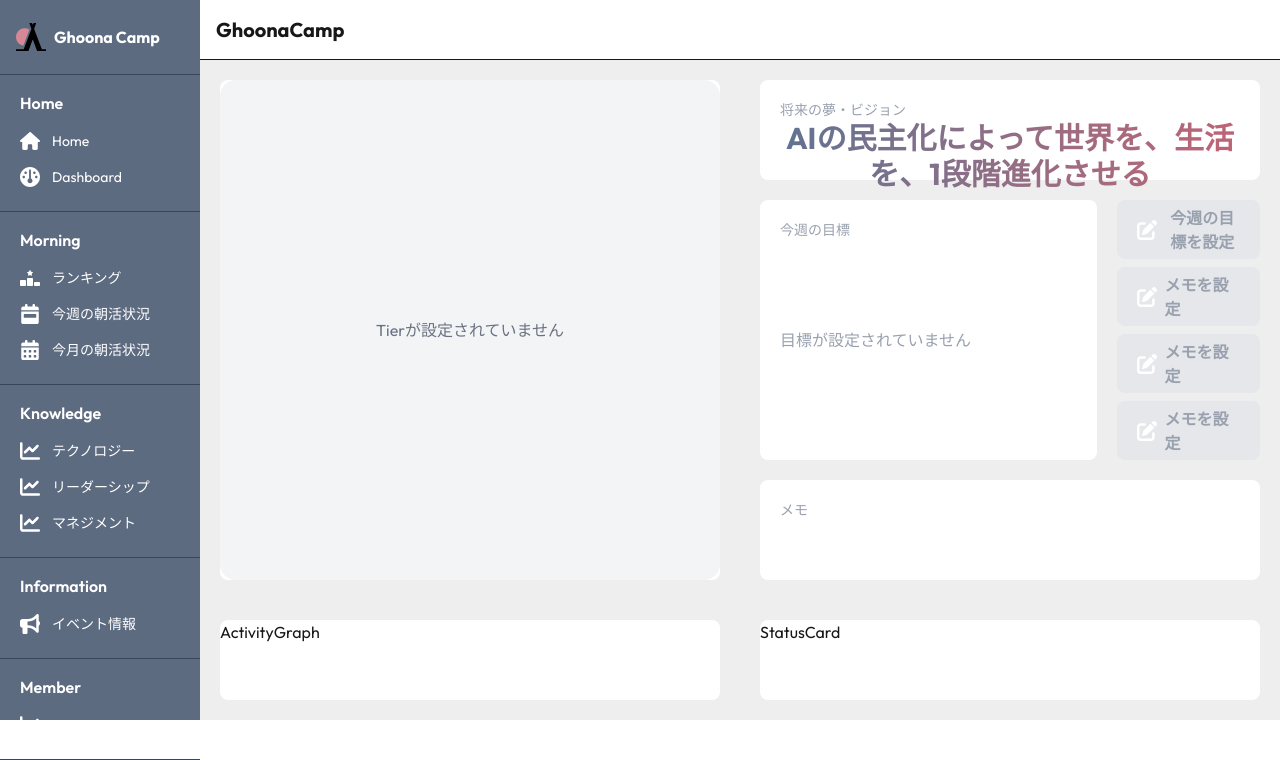
Repository: ShotaGhoona/ghoonacamp_platform
Page: /home/dashboard
An editor plug-in stored every save of this project. The page is shown before and after the next save, followed by the edit.
The browser window is 1280 px wide. The pictures show the whole page.
The page's requests for data from a server got no answer. The project was rebuilt for these pictures with package versions that can differ from the ones it lists, and the page was loaded fresh each time. Some packages were replaced by stand-ins written for this rebuild. The framework's server and built-in components were replaced by stand-ins that run in the browser. No one was signed in, and anything a server would have sent is missing. Also part of the build but not shown: next.config.js.

Above is the page before, as saved 2025-04-26 09:07:27.

### src/app/layout.tsx
import type { Metadata } from 'next';
import { Outfit } from 'next/font/google';
import './globals.css';
import Sidebar from '@/components/display/sidebar';
import Header from '@/components/display/header';
import { ClerkProvider } from '@clerk/nextjs';

const outfit = Outfit({ subsets: ['latin'] });

export const metadata: Metadata = {
  title: 'Ghoona Camp',
  description: 'Ghoona Camp Platform',
};

export default function RootLayout({
  children,
}: {
  children: React.ReactNode;
}) {
  return (
    <ClerkProvider>
      <html lang="ja">
        <body className={outfit.className}>
          <div className="flex">
            <div className="w-[200px] transition-all duration-300">
              <Sidebar />
            </div>
            <div className="flex-1 flex flex-col max-h-screen">
              <Header />
              <main className="bg-[#EEEEEE] flex-1 min-h-[calc(100vh-60px)] p-5">
                {children}
              </main>
            </div>
          </div>
        </body>
      </html>
    </ClerkProvider>
  );
}

### src/app/home/dashboard/page.tsx
import DashboardPage from "@/features/home/dashboard/display/index";

export default function Home() {
  return (
    <DashboardPage />
  );
}

### src/components/display/sidebar.tsx
'use client';

import Link from 'next/link';
import { usePathname } from 'next/navigation';
import clsx from 'clsx';

const groups: { title: string; links: { href: string; label: string; icon: string }[] }[] = [
  {
    title: 'Home',
    links: [
      { href: '/home', label: 'Home', icon: '/svg/sidebarIcon/home.svg' },
      { href: '/home/dashboard', label: 'Dashboard', icon: '/svg/sidebarIcon/dashboard.svg' },
    ],
  },
  {
    title: 'Morning',
    links: [
      { href: '/morning/ranking', label: 'ランキング', icon: '/svg/sidebarIcon/ranking.svg' },
      { href: '/morning/weekend', label: '今週の朝活状況', icon: '/svg/sidebarIcon/week.svg' },
      { href: '/morning/month', label: '今月の朝活状況', icon: '/svg/sidebarIcon/month.svg' },
    ],
  },
  {
    title: 'Knowledge',
    links: [
      { href: '/knowledge/tech', label: 'テクノロジー', icon: '/svg/sidebarIcon/analysis.svg' },
      { href: '/knowledge/leadership', label: 'リーダーシップ', icon: '/svg/sidebarIcon/analysis.svg' },
      { href: '/knowledge/management', label: 'マネジメント', icon: '/svg/sidebarIcon/analysis.svg' },
    ],
  },
  {
    title: 'Information',
    links: [{ href: '/information/events', label: 'イベント情報', icon: '/svg/sidebarIcon/externalEvents.svg' }],
  },
  {
    title: 'Member',
    links: [{ href: '/members', label: 'GhoonaCamper', icon: '/svg/sidebarIcon/analysis.svg' }],
  },
];

export default function Sidebar() {
  const pathname = usePathname();

  return (
    <aside className="w-full h-screen bg-[#5D6B80] text-white">
      <div className="flex items-center gap-2 h-[75px] px-4 border-b border-[#374559]">
        <img src="/svg/logo.svg" alt="Ghoona Camp" className="w-[30px] h-[30px]" />
        <span className="font-bold">Ghoona Camp</span>
      </div>

      <nav>
        {groups.map((g) => (
          <div key={g.title} className="border-b border-[#374559] px-[20px] py-4">
            <p className="text-base font-semibold mb-2">
              {g.title}
            </p>
            {g.links.map((l) => (
              <Link
                key={l.href}
                href={l.href}
                className={clsx(
                  'flex items-center gap-3 py-2 text-sm',
                  pathname === l.href
                    ? 'bg-primary text-white'
                    : 'hover:bg-slate-600'
                )}
              >
                <img src={l.icon} alt={l.label} className="w-[20px] h-[20px]" />
                <span>{l.label}</span>
              </Link>
            ))}
          </div>
        ))}
      </nav>
    </aside>
  );
}

### src/components/display/header.tsx
'use client';

import { UserButton, useUser } from '@clerk/nextjs';

export default function Header() {
  const { user, isLoaded } = useUser();

  return (
    <header className="w-full h-16 border-b flex items-center justify-between px-4">
      <div className="flex items-center gap-4">
        <h1 className="text-xl font-bold">GhoonaCamp</h1>
      </div>
      <div className="flex items-center gap-4">
        {isLoaded && user && (
          <div className="flex items-center gap-2">
            <span className="text-sm">
              {user.firstName} {user.lastName}
            </span>
            <UserButton afterSignOutUrl="/" />
          </div>
        )}
      </div>
    </header>
  );
}

### src/features/home/dashboard/display/index.tsx
'use client';

import { ProfileSection } from './ProfileSection';
import { ActivityGraph } from './ActivityGraph';
import { StatusCard } from './StatusCard';
import { TierCard } from './TierCard';

export default function DashboardPage() {
  return (
    <div className="flex flex-col gap-10 h-full">
      <div className="flex h-[500px] gap-10">
        <div className="w-[500px] h-full bg-white rounded-lg">
          <TierCard />
        </div>
        <div className="flex-1 h-full">
          <ProfileSection />
        </div>
      </div>
      <div className="flex-1 flex gap-10">
        <div className="flex-1 h-full bg-white rounded-lg">
          <ActivityGraph />
        </div>
        <div className="flex-1 h-full bg-white rounded-lg">
          <StatusCard/>
        </div>
      </div>
    </div>
  );
}

### src/features/home/dashboard/display/ProfileSection.tsx
import { useWeeklyGoals } from '../hooks/useWeeklyGoals';
import { usePopUp } from '@/hooks/usePopUp';
import { PopUp } from '@/components/display/PopUp';
import { EditGoalModal } from '../modals/EditGoalModal';

export const ProfileSection = () => {
  const { goals, isLoading, error } = useWeeklyGoals();
  const { isOpen, openPopUp, closePopUp } = usePopUp();

  console.log('Component - レンダリング時の状態:', {
    goalsLength: goals.length,
    isLoading,
    hasError: !!error
  });

  return (
    <>
      <div className="w-full h-full flex flex-col items-center justify-center gap-5">
          <div className="w-full h-[20%] bg-white rounded-lg p-5 flex flex-col">
              <p className="text-sm text-gray-400">将来の夢・ビジョン</p>
              <p className="
              flex-1 text-3xl font-bold text-center flex items-center justify-center
              text-transparent bg-clip-text bg-gradient-to-r from-[#5F7392] to-[#BF6375]
              ">AIの民主化によって世界を、生活を、1段階進化させる</p>
          </div>
          <div className="w-full flex-1 gap-5 flex">
              <div className="w-[70%] h-full bg-white rounded-lg p-5 flex flex-col">
                  <p className="text-sm text-gray-400">今週の目標</p>
                  <div className="flex-1 flex flex-col justify-center gap-2">
                      {isLoading ? (
                          <p className="text-gray-400">読み込み中...</p>
                      ) : error ? (
                          <p className="text-red-500">エラーが発生しました</p>
                      ) : goals.length === 0 ? (
                          <p className="text-gray-400">目標が設定されていません</p>
                      ) : (
                          goals.map((goal) => (
                              <p key={goal.id} className="text-gray-700">{goal.content}</p>
                          ))
                      )}
                  </div>
              </div>
              <div className="w-[30%] h-full gap-2 flex flex-col">
                  <button
                      onClick={() => openPopUp()}
                      className="flex-1 bg-gray-200 rounded-lg w-full flex items-center gap-2 px-5 hover:bg-gray-300 transition-colors"
                  >
                      <img src="/svg/edit.svg" alt="" className="w-5 h-5"/>
                      <p className="text-gray-400 font-bold">今週の目標を設定</p>
                  </button>
                  <div className="flex-1 bg-gray-200 rounded-lg w-full flex items-center gap-2 px-5">
                      <img src="/svg/edit.svg" alt="" className="w-5 h-5"/>
                      <p className="text-gray-400 font-bold">メモを設定</p>
                  </div>
                  <div className="flex-1 bg-gray-200 rounded-lg w-full flex items-center gap-2 px-5">
                      <img src="/svg/edit.svg" alt="" className="w-5 h-5"/>
                      <p className="text-gray-400 font-bold">メモを設定</p>
                  </div>
                  <div className="flex-1 bg-gray-200 rounded-lg w-full flex items-center gap-2 px-5">
                      <img src="/svg/edit.svg" alt="" className="w-5 h-5"/>
                      <p className="text-gray-400 font-bold">メモを設定</p>
                  </div>
              </div>
          </div>
          <div className="w-full h-[20%] bg-white rounded-lg p-5">
              <p className="text-sm text-gray-400">メモ</p>
          </div>
      </div>

      {/* 目標設定ポップアップ */}
      <PopUp isOpen={isOpen} onClose={closePopUp}>
        <EditGoalModal onClose={closePopUp} />
      </PopUp>
    </>
  );
};

### src/features/home/dashboard/display/ActivityGraph.tsx
export const ActivityGraph = () => {
    return <div>ActivityGraph</div>;
  };

### src/features/home/dashboard/display/StatusCard.tsx
export const StatusCard = () => {
    return <div>StatusCard</div>;
  };

### src/features/home/dashboard/display/TierCard.tsx
'use client';

import { useUserTier } from '../hooks/useUserTier';

export const TierCard = () => {
  const { tier, isLoading, error } = useUserTier();

  if (isLoading) {
    return (
      <div className="w-full h-full flex items-center justify-center bg-gray-100 rounded-2xl">
        <div className="text-gray-500">読み込み中...</div>
      </div>
    );
  }

  if (error) {
    return (
      <div className="w-full h-full flex items-center justify-center bg-gray-100 rounded-2xl">
        <div className="text-red-500">エラーが発生しました</div>
      </div>
    );
  }

  if (!tier) {
    return (
      <div className="w-full h-full flex items-center justify-center bg-gray-100 rounded-2xl">
        <div className="text-gray-500">Tierが設定されていません</div>
      </div>
    );
  }

  return (
    <div
      className="w-full h-full flex flex-col items-center justify-center relative rounded-lg overflow-hidden"
      style={{ backgroundColor: tier.badgeColor }}
    >
      <img
        src={`${tier.cardImageUrl}.svg`}
        alt={tier.titleEn}
        className="w-[80%] h-[80%] object-contain"
      />
      <div className="absolute bottom-0 p-6 text-white flex flex-col items-center justify-center mb-10">
        <div className="text-2xl font-bold">{tier.titleJa}</div>
        <div className="text-5xl font-bold">{tier.titleEn}</div>
      </div>
    </div>
  );
};

### src/features/home/dashboard/hooks/useWeeklyGoals.ts
'use client';

import { useEffect, useState } from 'react';
import { useAuth } from '@clerk/nextjs';

type WeeklyGoal = {
  id: number;
  content: string;
  isPublic: boolean;
  isPast: boolean;
  reflection: string | null;
  weekStart: string;
};

export const useWeeklyGoals = () => {
  const { userId } = useAuth();
  const [goals, setGoals] = useState<WeeklyGoal[]>([]);
  const [isLoading, setIsLoading] = useState(true);
  const [error, setError] = useState<Error | null>(null);

  useEffect(() => {
    console.log('Hook - useEffect発火, userId:', userId);

    const fetchWeeklyGoals = async () => {
      if (!userId) {
        console.log('Hook - userIdが存在しないため、処理を中断');
        setIsLoading(false);
        return;
      }

      try {
        console.log('Hook - APIリクエスト開始');
        const response = await fetch('/api/user/weekly-goals');
        console.log('Hook - APIレスポンス:', response.status, response.statusText);

        if (!response.ok) {
          throw new Error('週間目標の取得に失敗しました');
        }
        const data = await response.json();
        console.log('Hook - 取得したデータ:', data);
        setGoals(data);
      } catch (err) {
        console.error('Hook - エラー発生:', err);
        setError(err instanceof Error ? err : new Error('Unknown error'));
      } finally {
        setIsLoading(false);
      }
    };

    fetchWeeklyGoals();
  }, [userId]);

  return { goals, isLoading, error };
};

### src/hooks/usePopUp.ts
import { useState } from 'react';

type UsePopUpReturn = {
  isOpen: boolean;
  selectedData: any | null;
  openPopUp: (data?: any) => void;
  closePopUp: () => void;
};

export const usePopUp = (): UsePopUpReturn => {
  const [isOpen, setIsOpen] = useState(false);
  const [selectedData, setSelectedData] = useState<any | null>(null);

  const openPopUp = (data: any = null) => {
    setSelectedData(data);
    setIsOpen(true);
  };

  const closePopUp = () => {
    setIsOpen(false);
    setSelectedData(null);
  };

  return {
    isOpen,
    selectedData,
    openPopUp,
    closePopUp,
  };
};

### src/components/display/PopUp.tsx
import { ReactNode } from 'react';
import { XMarkIcon } from '@heroicons/react/24/outline';

type PopUpProps = {
  isOpen: boolean;
  onClose: () => void;
  children: ReactNode;
};

export const PopUp = ({ isOpen, onClose, children }: PopUpProps) => {
  return (
    <>
      {/* オーバーレイ */}
      <div
        className={`fixed inset-0 bg-black/30 transition-opacity duration-300 ${
          isOpen ? 'opacity-100' : 'opacity-0 pointer-events-none'
        }`}
        onClick={onClose}
      />
      <div className="flex justify-center items-center">

        <div
            className={`fixed top-1/2 left-1/2 transform -translate-x-1/2 -translate-y-1/2
            w-[50%] h-[70%] bg-white rounded-lg shadow-xl transition-all duration-300 ${
            isOpen ? 'scale-100 opacity-100' : 'scale-95 opacity-0 pointer-events-none'
            }`}
        >
            <div>
                <p>メンバーの目標を覗く</p>
            </div>
        </div>

        {/* ポップアップパネル */}
        <div
            className={`fixed top-1/2 left-1/2 transform -translate-x-1/2 -translate-y-1/2
            w-[50%] h-[70%] bg-white rounded-lg shadow-xl transition-all duration-300 ${
            isOpen ? 'scale-100 opacity-100' : 'scale-95 opacity-0 pointer-events-none'
            }`}
        >
            <div className="flex flex-col h-[100%]">
            {/* ヘッダー */}
            <div className="flex justify-end p-4">
                <button
                onClick={onClose}
                className="text-gray-400 hover:text-gray-600 transition-colors"
                >
                <XMarkIcon className="h-5 w-5" />
                </button>
            </div>

            {/* コンテンツエリア */}
            <div className="flex-1 px-6 pb-6">
                {children}
            </div>
            </div>
        </div>
      </div>
    </>
  );
};

### src/features/home/dashboard/modals/EditGoalModal.tsx
'use client';

import { useState, useEffect } from 'react';
import { useSaveWeeklyGoal, WeeklyGoalInput } from '../hooks/useSaveWeeklyGoal';
import { useWeeklyGoals } from '../hooks/useWeeklyGoals';

type EditGoalModalProps = {
  onClose: () => void;
};

export const EditGoalModal = ({ onClose }: EditGoalModalProps) => {
  const { saveGoals, isLoading: isSaving, error: saveError } = useSaveWeeklyGoal();
  const { goals: currentGoals, isLoading: isLoadingGoals } = useWeeklyGoals();
  const [goals, setGoals] = useState<string[]>(['']);
  const [isPublic, setIsPublic] = useState(true);

  // 既存の目標をフォームに設定
  useEffect(() => {
    if (currentGoals && currentGoals.length > 0) {
      // 現在の目標をフォームに設定
      const contents = currentGoals.map(goal => goal.content);
      setGoals(contents);
      // 公開設定も既存の設定を使用
      setIsPublic(currentGoals[0]?.isPublic ?? true);
    }
  }, [currentGoals]);

  const handleSave = async () => {
    const input: WeeklyGoalInput = {
      goals: goals.filter(goal => goal.trim() !== ''),
      isPublic,
    };

    const success = await saveGoals(input);
    if (success) {
      onClose();
    }
  };

  const addGoal = () => {
    setGoals([...goals, '']);
  };

  const removeGoal = (index: number) => {
    setGoals(goals.filter((_, i) => i !== index));
  };

  const updateGoal = (index: number, value: string) => {
    const newGoals = [...goals];
    newGoals[index] = value;
    setGoals(newGoals);
  };

  if (isLoadingGoals) {
    return (
      <div className="flex items-center justify-center h-[400px]">
        <p className="text-gray-500">読み込み中...</p>
      </div>
    );
  }

  return (
    <div className="flex flex-col justify-between h-[100%]">
      <div className="">
        {/* タイトル */}
        <h2 className="text-2xl font-bold text-gray-800 mb-5">今週の目標を設定</h2>
        <div className="w-full border border-gray-300 rounded-lg p-5 flex flex-col mb-5">
            <p className="text-sm text-gray-400">将来の夢・ビジョン</p>
            <p className="
            flex-1 text-3xl font-bold text-center flex items-center justify-center
            text-transparent bg-clip-text bg-gradient-to-r from-[#5F7392] to-[#BF6375]
            ">AIの民主化によって世界を、生活を、1段階進化させる</p>
        </div>

        {/* エラーメッセージ */}
        {saveError && (
          <div className="mb-4 text-red-500 text-sm">
            {saveError.message}
          </div>
        )}

        {/* フォーム */}
        <div className="space-y-4">
            {goals.map((goal, index) => (
              <div key={index} className="flex gap-2">
                <input
                  type="text"
                  className="flex-1 px-3 py-2 bg-gray-100 rounded-lg focus:outline-none focus:ring-2 focus:ring-gray-300 focus:border-gray-300"
                  placeholder={index === 0 ? "目標を入力（必須）" : "目標を入力（任意）"}
                  value={goal}
                  onChange={(e) => updateGoal(index, e.target.value)}
                />
                {goals.length > 1 && (
                  <button
                    onClick={() => removeGoal(index)}
                    className="px-2 py-2 text-gray-500 hover:text-red-500 transition-colors"
                  >
                    ×
                  </button>
                )}
              </div>
            ))}

            {/* 目標追加ボタン */}
            <button
              onClick={addGoal}
              className="w-full px-3 py-2 text-sm text-gray-500 border border-dashed border-gray-300 rounded-lg hover:bg-gray-50 transition-colors"
            >
              + 目標を追加
            </button>

            {/* 公開設定 */}
            <div className="flex items-center gap-2 mt-4">
              <input
                type="checkbox"
                id="isPublic"
                className="h-4 w-4 text-blue-600 focus:ring-blue-500 border-gray-300 rounded"
                checked={isPublic}
                onChange={(e) => setIsPublic(e.target.checked)}
              />
              <label htmlFor="isPublic" className="text-sm text-gray-700">
                目標を他のメンバーに公開する
              </label>
            </div>
        </div>
      </div>
      <div className="flex justify-between gap-3 pt-4">
        <div className="flex gap-3">
            <button
                onClick={() => openPopUp('left')}
                className="px-4 py-2 text-sm font-medium text-gray-700 bg-white border border-gray-300 rounded-md shadow-sm hover:bg-gray-50 focus:outline-none focus:ring-2 focus:ring-offset-2 focus:ring-blue-500"
            >
                メンバーの目標を覗く
            </button>
        </div>
        <div className="flex gap-3">
            <button
            onClick={onClose}
            disabled={isSaving}
            className="px-4 py-2 text-sm font-medium text-gray-700 bg-white border border-gray-300 rounded-md shadow-sm hover:bg-gray-50 focus:outline-none focus:ring-2 focus:ring-offset-2 focus:ring-blue-500"
            >
            キャンセル
            </button>
            <button
            onClick={handleSave}
            disabled={isSaving || !goals[0]?.trim()}
            className={`px-4 py-2 text-sm font-medium text-white border border-transparent rounded-md shadow-sm focus:outline-none focus:ring-2 focus:ring-offset-2 focus:ring-blue-500 ${
                isSaving || !goals[0]?.trim()
                ? 'bg-gray-400 cursor-not-allowed'
                : 'bg-[#5D6B80] hover:bg-[#4D5B70]'
                }`}
                >
            {isSaving ? '保存中...' : '保存する'}
            </button>
          </div>
      </div>
    </div>
  );
};

### src/features/home/dashboard/hooks/useUserTier.ts
'use client';

import { useAuth } from '@clerk/nextjs';
import { useState, useEffect } from 'react';

type UserTier = {
  id: number;
  level: number;
  titleJa: string;
  titleEn: string;
  cardImageUrl: string;
  badgeColor: string;
};

export const useUserTier = () => {
  const { userId } = useAuth();
  const [tier, setTier] = useState<UserTier | null>(null);
  const [isLoading, setIsLoading] = useState(true);
  const [error, setError] = useState<Error | null>(null);

  useEffect(() => {
    const fetchUserTier = async () => {
      if (!userId) {
        setIsLoading(false);
        return;
      }

      try {
        const response = await fetch(`/api/user/tier?userId=${userId}`);
        if (!response.ok) {
          throw new Error('Failed to fetch user tier');
        }
        const data = await response.json();
        setTier(data);
      } catch (err) {
        setError(err instanceof Error ? err : new Error('Unknown error'));
      } finally {
        setIsLoading(false);
      }
    };

    fetchUserTier();
  }, [userId]);

  return { tier, isLoading, error };
};

### src/features/home/dashboard/hooks/useSaveWeeklyGoal.ts
'use client';

import { useState } from 'react';
import { useAuth } from '@clerk/nextjs';
import { getWeekStartDate } from '@/utils/date';

export type WeeklyGoalInput = {
  goals: string[];
  isPublic: boolean;
};

type UseSaveWeeklyGoalReturn = {
  saveGoals: (input: WeeklyGoalInput) => Promise<boolean>;
  isLoading: boolean;
  error: Error | null;
};

export const useSaveWeeklyGoal = (): UseSaveWeeklyGoalReturn => {
  const { userId } = useAuth();
  const [isLoading, setIsLoading] = useState(false);
  const [error, setError] = useState<Error | null>(null);

  const saveGoals = async (input: WeeklyGoalInput): Promise<boolean> => {
    if (!userId) {
      setError(new Error('ユーザーが認証されていません'));
      return false;
    }

    setIsLoading(true);
    setError(null);

    try {
      const weekStart = getWeekStartDate();

      const response = await fetch('/api/user/weekly-goals', {
        method: 'POST',
        headers: {
          'Content-Type': 'application/json',
        },
        body: JSON.stringify({
          goals: input.goals.filter(goal => goal.trim() !== ''),
          isPublic: input.isPublic,
          weekStart: weekStart.toISOString(),
        }),
      });

      if (!response.ok) {
        const errorData = await response.json();
        throw new Error(errorData.error || '目標の保存に失敗しました');
      }

      return true;
    } catch (err) {
      setError(err instanceof Error ? err : new Error('Unknown error'));
      return false;
    } finally {
      setIsLoading(false);
    }
  };

  return {
    saveGoals,
    isLoading,
    error,
  };
};

### src/utils/date.ts
/**
 * 指定された日付の週の月曜日の0時0分0秒を取得します
 * @param date - 基準となる日付（デフォルトは現在の日付）
 * @returns 週の月曜日の0時0分0秒
 */
export const getWeekStartDate = (date: Date = new Date()): Date => {
  const monday = new Date(date);
  monday.setDate(date.getDate() - date.getDay() + 1);
  monday.setHours(0, 0, 0, 0);
  return monday;
};

Loaded but not shown: src/app/globals.css (common file)

After the next save:
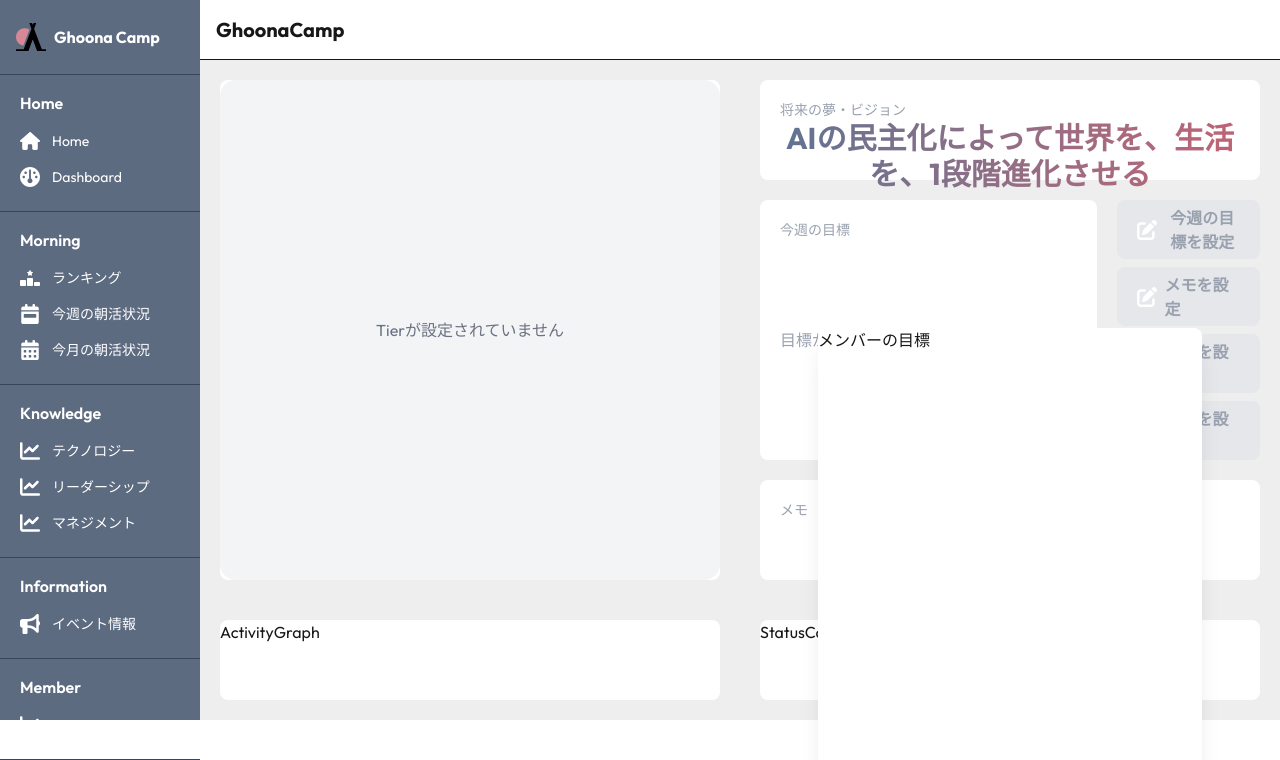
Saved 44 s later.
--- a/src/components/display/PopUp.tsx
+++ b/src/components/display/PopUp.tsx
@@ -20,13 +20,12 @@ export const PopUp = ({ isOpen, onClose, children }: PopUpProps) => {
       <div className="flex justify-center items-center">
 
         <div
-            className={`fixed top-1/2 left-1/2 transform -translate-x-1/2 -translate-y-1/2
-            w-[50%] h-[70%] bg-white rounded-lg shadow-xl transition-all duration-300 ${
-            isOpen ? 'scale-100 opacity-100' : 'scale-95 opacity-0 pointer-events-none'
+            className={`fixed
+            w-[30%] h-[70%] bg-white rounded-lg shadow-xl transition-all duration-300
             }`}
         >
             <div>
-                <p>メンバーの目標を覗く</p>
+                <p>メンバーの目標</p>
             </div>
         </div>
 
